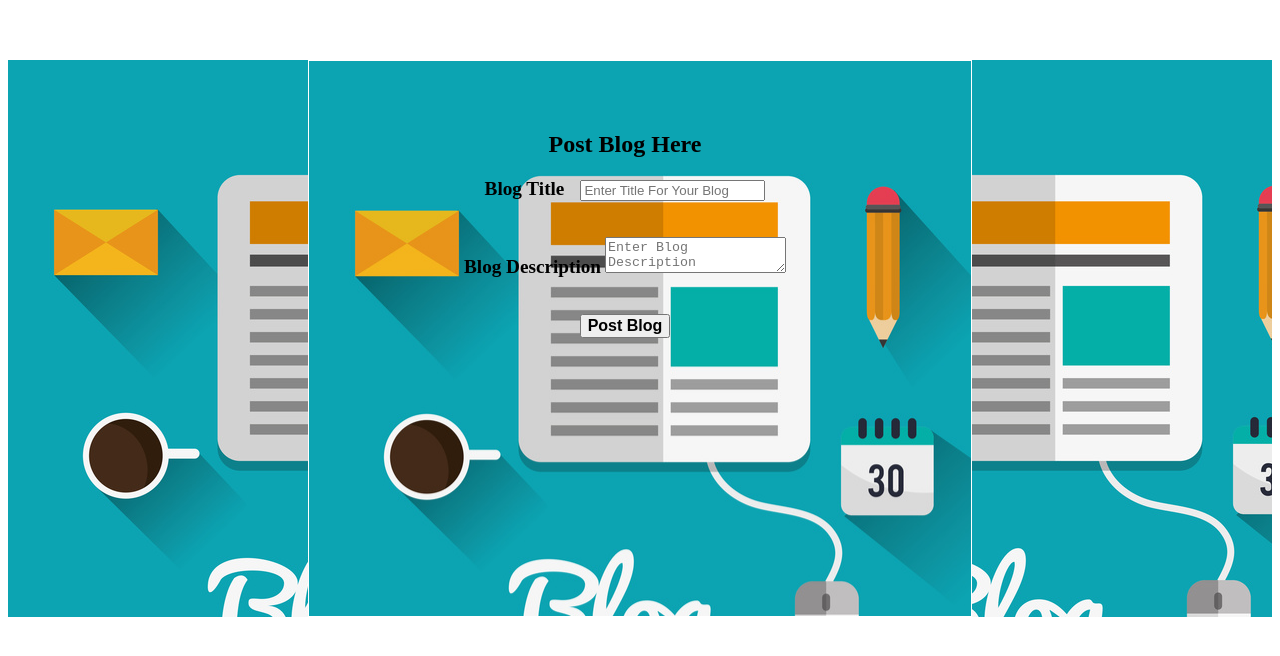
Repository: NeeleshPoojari/Project-2
Page: frontend_project2/WebContent/views/blogpostform.html
An editor plug-in stored every save of this project. The page is shown before and after the next save, followed by the edit.
The browser window is 1280 px wide. The pictures show the whole page.

Above is the page before, as saved 2017-07-18 05:35:24.

### frontend_project2/WebContent/views/blogpostform.html
<link href="css/registrationform.css" media="all" rel="stylesheet"
	type="text/css" />


<div style="background-image: url('images/Blog1.jpg');">
<div class="middle"
	style="margin-top: 60px; background-image: url('images/Blog1.jpg');">
<h2 align="center">Post Blog Here</h2>
	<form>
		<div align="center">
			<div class="row">
				<div class="form-group col-xs-12">
					<label><b><big>Blog Title</big></b></label> &nbsp;&nbsp; <input
						ng-model="blogPost.title" placeholder="Enter Title For Your Blog"
						class="form-control input-lg">
				</div>
			</div>
             <br><br>
			<div class="row">
				<label><big><b>Blog Description</b></big></label>
				<textarea ng-model="blogPost.description"
					placeholder="Enter Blog Description" class="form-control input-lg"></textarea>

			</div>
                  <br><br>
		<div class="row">
				<button class="btn btn-warning btn-lg" ng-click="saveBlogPost()"><b><big>Post
					Blog</big></b></button>
		</div>
		<br><br><br><br><br><br><br><br><br>
	</form>




</div>
</div>

<!--
<form>
<table>

<tr>
<td>Enter Blog Title</td>
<td><input ng-model="blogPost.title"></td>
</tr>

<tr>
<td>Enter Blog Description</td>
<td><textarea ng-model="blogPost.description"></textarea></td>
 </tr>


<td>
<button class="btn btn-default" ng-click="saveBlogPost()">Post Blog</button>
</td>

</table>





</form> -->

### frontend_project2/WebContent/css/registrationform.css
.middle {
	border: 1px solid white;
	background-color: #d6d6c2;
	padding-top: 50px;
	padding-right: 50px;
	padding-bottom: 100px;
	padding-left: 20px;
	margin-left: 300px;
	margin-right: 300px;
}

After the next save:
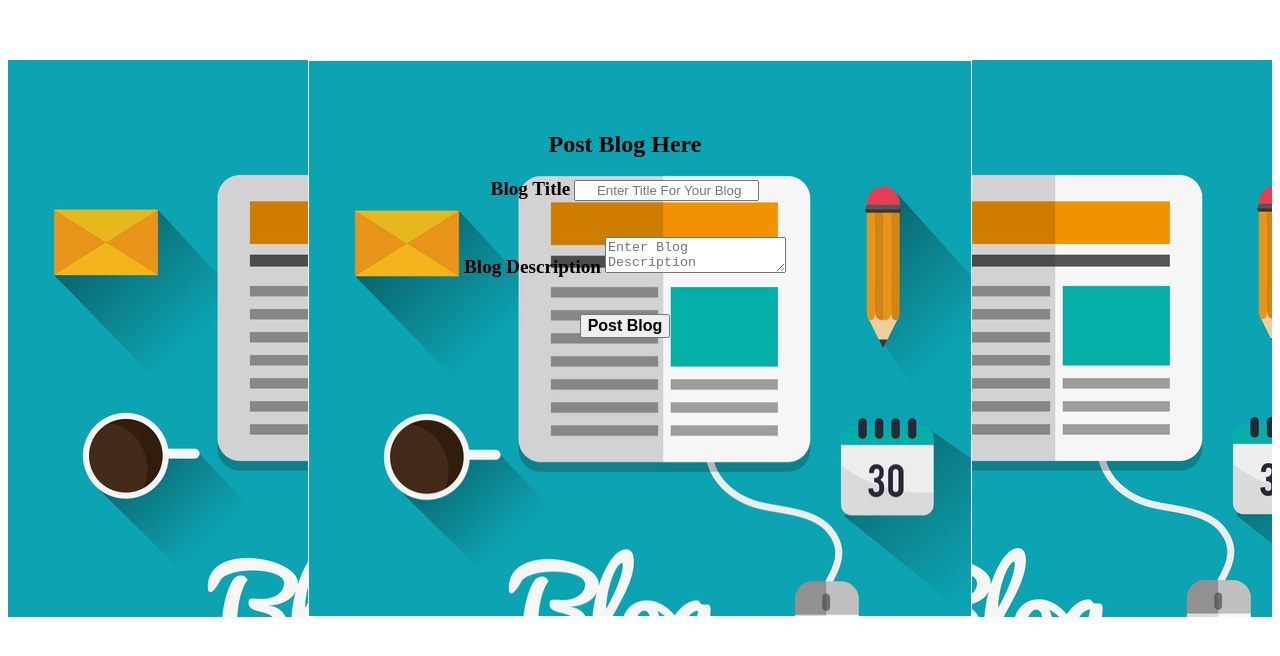
Saved 62 s later.
--- a/frontend_project2/WebContent/views/blogpostform.html
+++ b/frontend_project2/WebContent/views/blogpostform.html
@@ -10,8 +10,8 @@
 		<div align="center">
 			<div class="row">
 				<div class="form-group col-xs-12">
-					<label><b><big>Blog Title</big></b></label> &nbsp;&nbsp; <input
-						ng-model="blogPost.title" placeholder="Enter Title For Your Blog"
+					<label><b><big>Blog Title</big></b></label> <input
+						ng-model="blogPost.title" placeholder="     Enter Title For Your Blog"
 						class="form-control input-lg">
 				</div>
 			</div>
